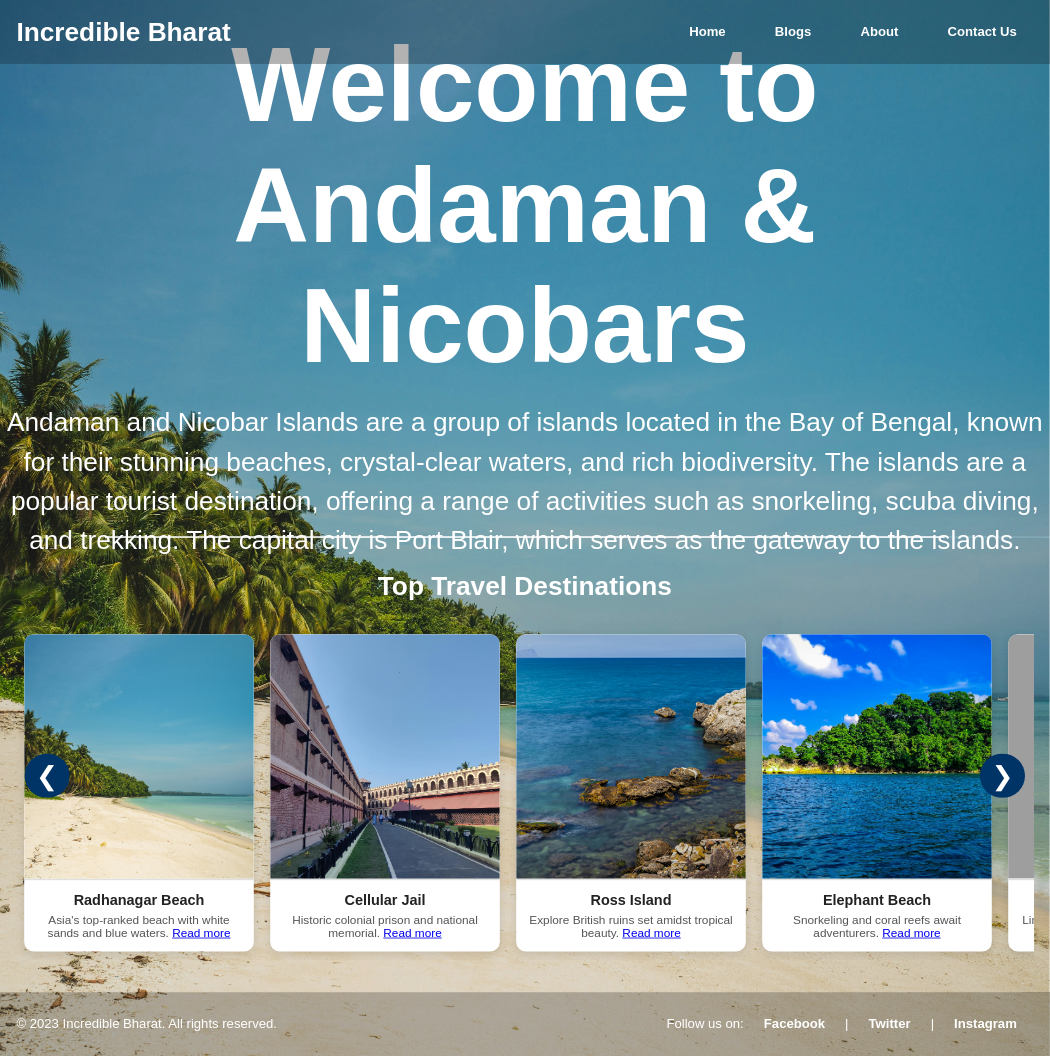
Repository: jaidhiman111/incrediblebharat
Page: destinations/Andaman-Nicobar/Andaman&Nicobar.html
An editor plug-in stored every save of this project. The page is shown before and after the next save, followed by the edit.
The browser window is 1280 px wide. The pictures show the whole page, at 82% of full size.
Pictures or frames that could not be fetched are drawn as grey boxes.

Above is the page before, as saved 2025-05-02 23:22:43.

After the next save:
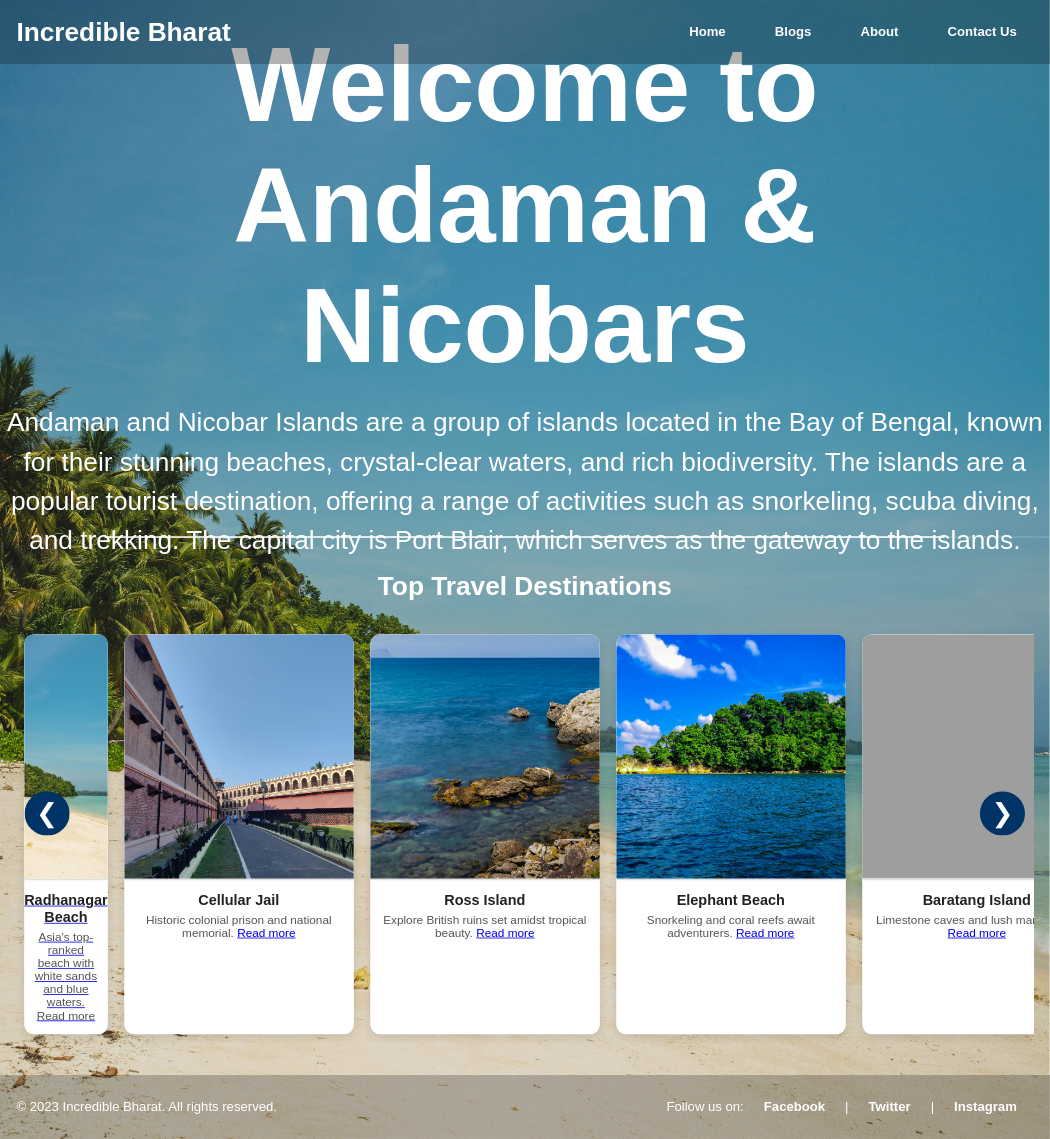
Saved 84 s later.
--- a/destinations/Andaman-Nicobar/Andaman&Nicobar.html
+++ b/destinations/Andaman-Nicobar/Andaman&Nicobar.html
@@ -43,17 +43,19 @@
                 <button class="slide-btn left" onclick="slideLeft('travel')">&#10094;</button>
 
                 <div class="slider">
-                    <div class="card">
-                        <div class="card-image">
-                            <img src="/media/andaman/radhanagar beach.jpg" alt="Radhanagar Beach">
-                        </div>
-                        <div>
-                            <h3>Radhanagar Beach</h3>
-                            <p>Asia's top-ranked beach with white sands and blue waters.
-                                <a href="#" onclick="openModal('radhanagar-modal')">Read more</a>
-                            </p>
-                        </div>
-                    </div>
+                    <a href="#" onclick="openModal('radhanagar-modal')">
+                        <div class="card">
+                            <div class="card-image">
+                                <img src="/media/andaman/radhanagar beach.jpg" alt="Radhanagar Beach">
+                            </div>
+                            <div>
+                                <h3>Radhanagar Beach</h3>
+                                <p>Asia's top-ranked beach with white sands and blue waters.
+                                    Read more
+                                </p>
+                            </div>
+                        </div>
+                    </a>
 
                     <div class="card">
                         <div class="card-image">
